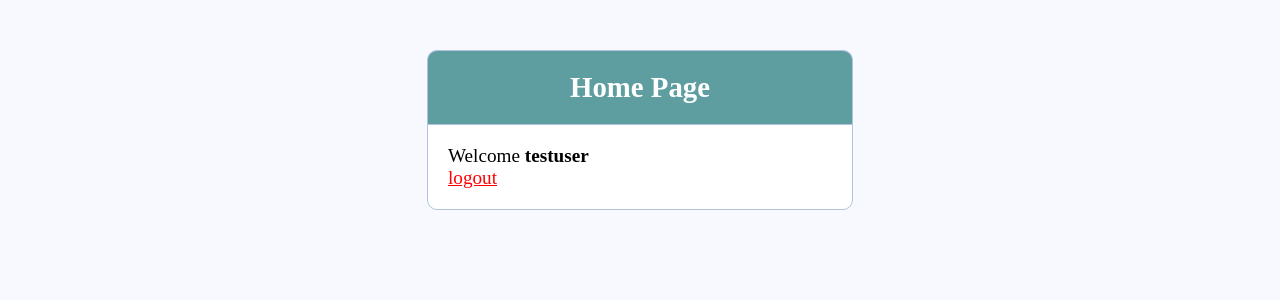
Repository: MrSyntax31/myPage
Page: http://localhost/
The author's editor kept a copy of each file at every save. The page is drawn from the files as they stood at one save, then again after a run of saves.
The browser window is 1280 px wide. The pictures show the whole page.
The page is run by PHP 8.4 with error messages shown; the project is at /var/www/html/. The session is filled in as if someone had signed in: {"username": "testuser"}. Other server files are loaded and not shown.

Above is the page before, as saved 2022-02-26 16:04:08.

### index.php
<?php
  session_start();

  if (!isset($_SESSION['username'])) {
  	$_SESSION['msg'] = "You must log in first";
  	header('location: login.php');
  }
  if (isset($_GET['logout'])) {
  	session_destroy();
  	unset($_SESSION['username']);
  	header("location: login.php");
  }
?>
<!DOCTYPE html>
<html>
<head>
	<title>Home</title>
	<link rel="stylesheet" type="text/css" href="style.css">
</head>
<body>

<div class="header">
	<h2>Home Page</h2>
</div>

<div class="content">
  	<!-- notification message -->
  	<?php if (isset($_SESSION['success'])) : ?>
      <div class="error success" >
      	<h3>
          <?php
          	echo $_SESSION['success'];
          	unset($_SESSION['success']);
          ?>
      	</h3>
      </div>
  	<?php endif ?>

    <!-- logged in user information -->
    <?php  if (isset($_SESSION['username'])) : ?>
    	<p>Welcome <strong><?php echo $_SESSION['username']; ?></strong></p>
    	<p> <a href="index.php?logout='1'" style="color: red;">logout</a> </p>
    <?php endif ?>
</div>

</body>
</html>

### style.css
* {
  margin: 0px;
  padding: 0px;
}
body {
  font-size: 120%;
  background: #F8F8FF;
}

.header {
  width: 30%;
  margin: 50px auto 0px;
  color: white;
  background: #5F9EA0;
  text-align: center;
  border: 1px solid #B0C4DE;
  border-bottom: none;
  border-radius: 10px 10px 0px 0px;
  padding: 20px;
}
form, .content {
  width: 30%;
  margin: 0px auto;
  padding: 20px;
  border: 1px solid #B0C4DE;
  background: white;
  border-radius: 0px 0px 10px 10px;
}
.input-group {
  margin: 10px 0px 10px 0px;
}
.input-group label {
  display: block;
  text-align: left;
  margin: 3px;
}
.input-group input {
  height: 30px;
  width: 93%;
  padding: 5px 10px;
  font-size: 16px;
  border-radius: 5px;
  border: 1px solid gray;
}
.btn {
  padding: 10px;
  font-size: 15px;
  color: white;
  background: #5F9EA0;
  border: none;
  border-radius: 5px;
}
.error {
  width: 92%;
  margin: 0px auto;
  padding: 10px;
  border: 1px solid #a94442;
  color: #a94442;
  background: #f2dede;
  border-radius: 5px;
  text-align: left;
}
.success {
  color: #3c763d;
  background: #dff0d8;
  border: 1px solid #3c763d;
  margin-bottom: 20px;

After the next 2 saves:
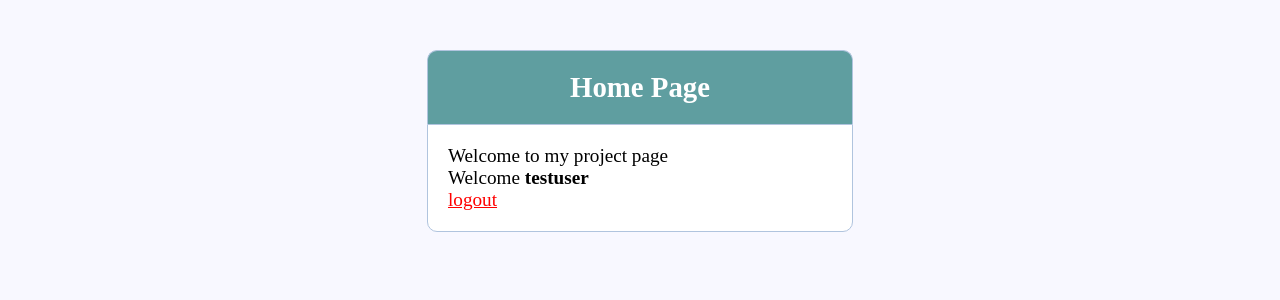
The 2 saves are shown as one change because they came seconds apart.
The last was saved 25 s later.
--- a/index.php
+++ b/index.php
@@ -38,6 +38,7 @@
 
     <!-- logged in user information -->
     <?php  if (isset($_SESSION['username'])) : ?>
+        Welcome to my project page
     	<p>Welcome <strong><?php echo $_SESSION['username']; ?></strong></p>
     	<p> <a href="index.php?logout='1'" style="color: red;">logout</a> </p>
     <?php endif ?>

After the save that followed:
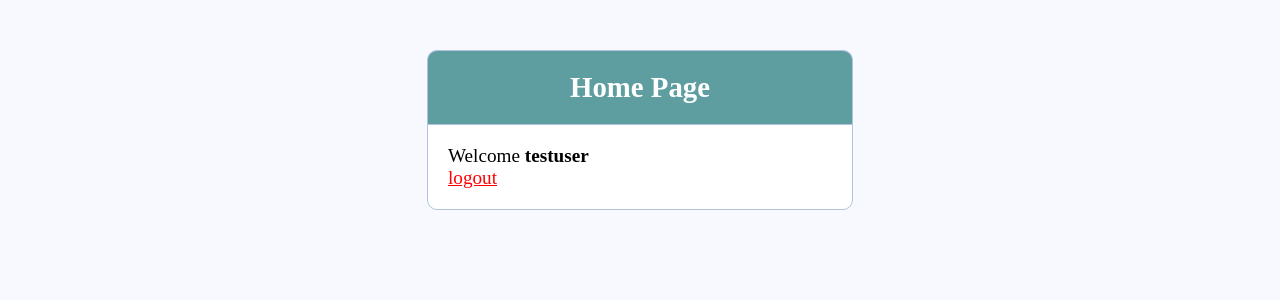
Saved 9 s later.
--- a/index.php
+++ b/index.php
@@ -38,7 +38,7 @@
 
     <!-- logged in user information -->
     <?php  if (isset($_SESSION['username'])) : ?>
-        Welcome to my project page
+
     	<p>Welcome <strong><?php echo $_SESSION['username']; ?></strong></p>
     	<p> <a href="index.php?logout='1'" style="color: red;">logout</a> </p>
     <?php endif ?>
